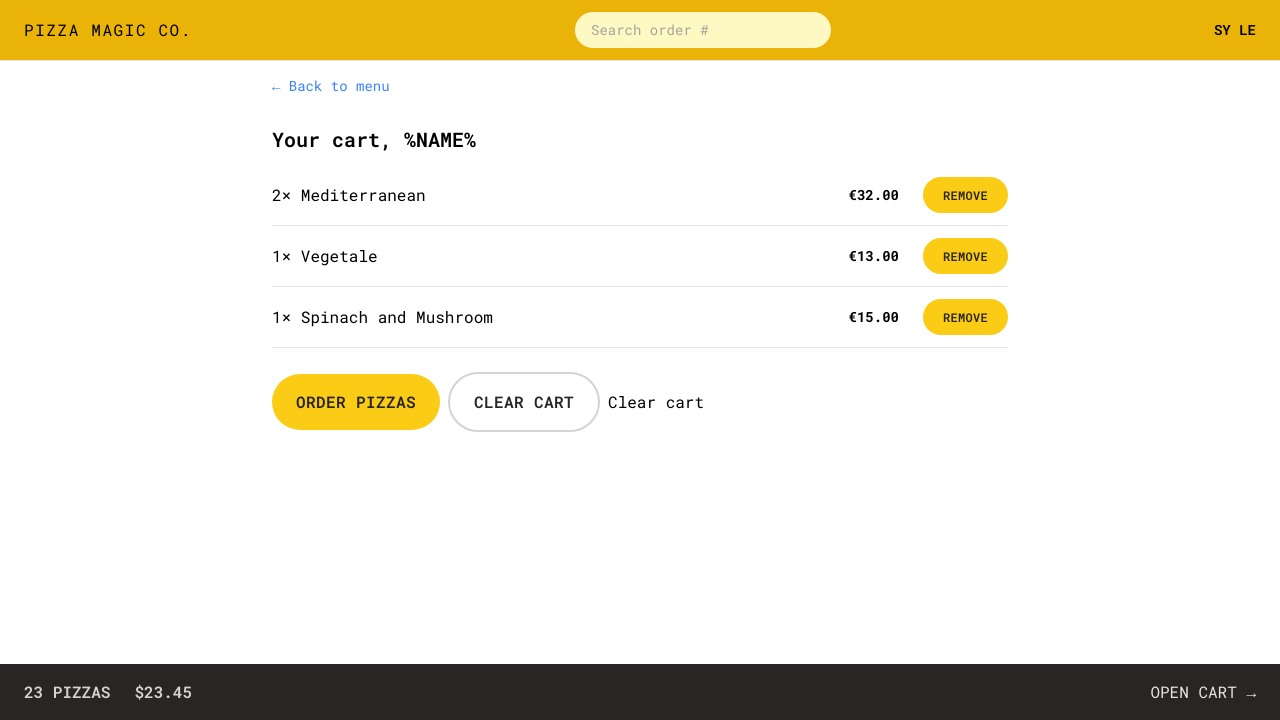
Repository: SyLe-Van/The-Pizza-Magic-web
Page: /cart
An editor plug-in stored every save of this project. The page is shown before and after the next save, followed by the edit.
The browser window is 1280 px wide. The pictures show the whole page.
The project was rebuilt for these pictures with package versions that can differ from the ones it lists, and the page was loaded fresh each time. Also part of the build but not shown: vite.config.js, src/features/user/CreateUser.jsx, src/ui/Home.jsx, src/ui/Loader.jsx, src/services/apiRestaurant.js, src/features/menu/Menu.jsx, src/ui/Error.jsx, src/features/order/CreateOrder.jsx and 1 more. Imported but missing from the stored project, and not drawn on this page: src/features/menu/MenuItem.

Above is the page before, as saved 2024-07-28 18:27:07.

After the next save:
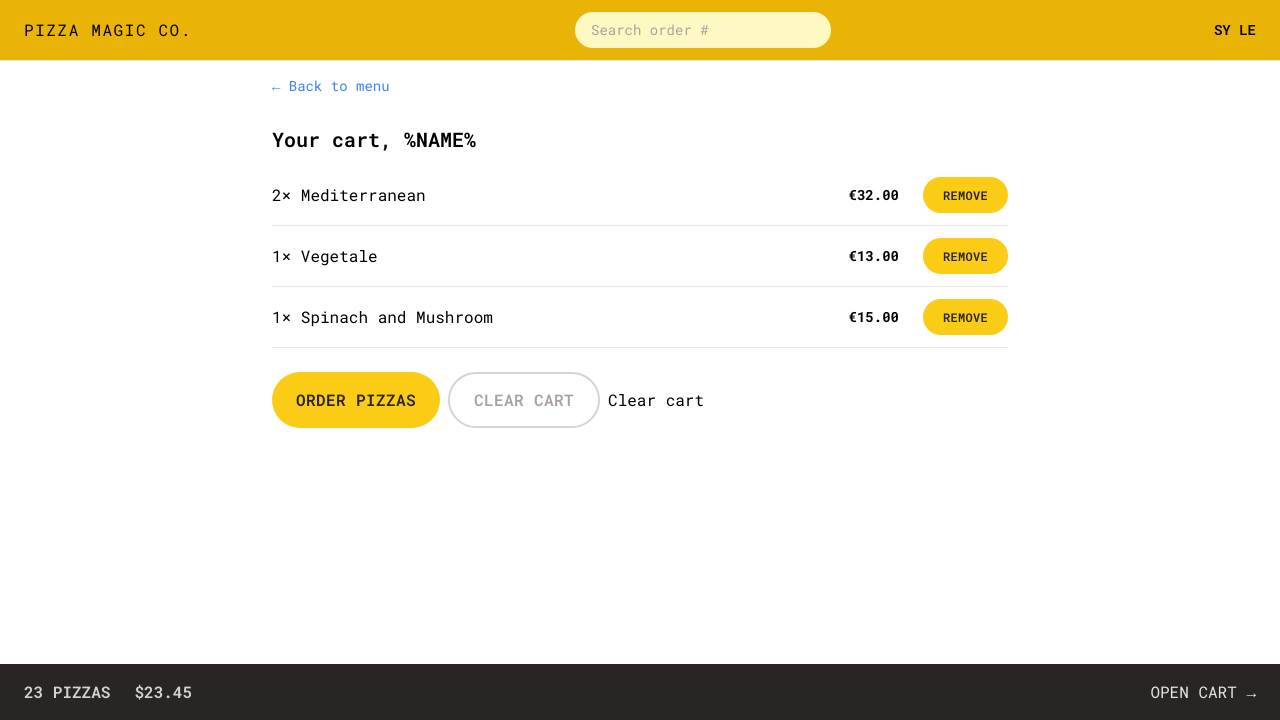
Saved 111 s later.
--- a/src/ui/Button.jsx
+++ b/src/ui/Button.jsx
@@ -3,7 +3,7 @@ function Button({ children, disabled, to , type}) {
 
     const base = "bg-yellow-400 focus:outline-none focus:ring-offset-2 focus:ring focus:ring-yellow-300 focus:bg-yellow-300 duration-300 transition-colors uppercase font-semibold   text-stone-800 inline-block  tracking-wide rounded-full hover:bg-yellow-300 disabled:cursor-not-allowed "
     const styles = {
-        secondary: "focus:outline-none border-2 py-3 px-4 md:px-6 md:py-4 border-stone-300 focus:ring-offset-2 focus:ring focus:ring-yellow-300 focus:bg-yellow-300 duration-300 transition-colors uppercase font-semibold   text-stone-800 inline-block  tracking-wide rounded-full hover:bg-yellow-300 disabled:cursor-not-allowed ",
+        secondary: "focus:outline-none border-2 py-2.5 px-4 md:px-6 md:py-3.5 border-stone-300 focus:ring-offset-2 focus:ring focus:ring-yellow-300 focus:bg-yellow-300 duration-300 transition-colors uppercase font-semibold   text-stone-400 inline-block  tracking-wide rounded-full hover:bg-yellow-300 disabled:cursor-not-allowed ",
         primary: base + "py-3 px-4 md:px-6 md:py-4",
         small: base + "px-4 py-2 md:px-5 md:py-2.5 text-xs"
     }
